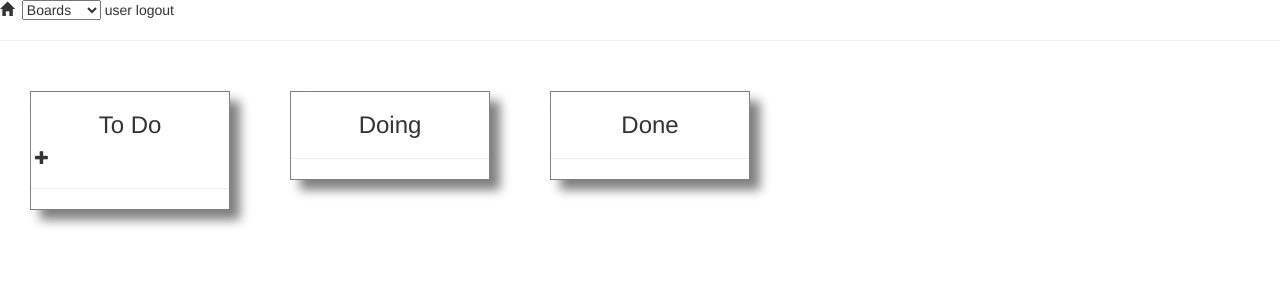
Repository: KIM-KYOUNG-OH/bitcamp-window
Page: Note/WebContent/front/note.html
These files come from the project's save history. The page is drawn as it stood at one moment and after a run of saves; the edit follows.
The browser window is 1280 px wide. The pictures show the whole page.

Above is the page before, as saved 2020-10-30 09:06:46.

After the next 2 saves:
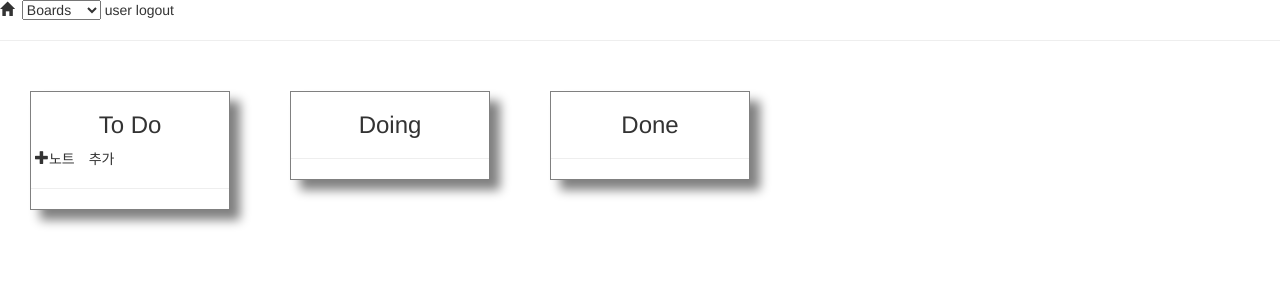
The 2 saves are shown as one change because they came seconds apart.
The last was saved 28 s later.
--- a/Note/WebContent/front/note.html
+++ b/Note/WebContent/front/note.html
@@ -319,7 +319,7 @@ function showDatas(){
 	<hr>
 <div id='body'></div>
 	<div class='boards'><h3>To Do</h3>
-	&nbsp;<span class="add_data glyphicon glyphicon-plus" id='create_data'></span>
+	&nbsp;<span class="add_data glyphicon glyphicon-plus" id='create_data'>노트 추가</span>
 	<hr>
 	<div id='datas' class='daaas'></div>
 </div>
